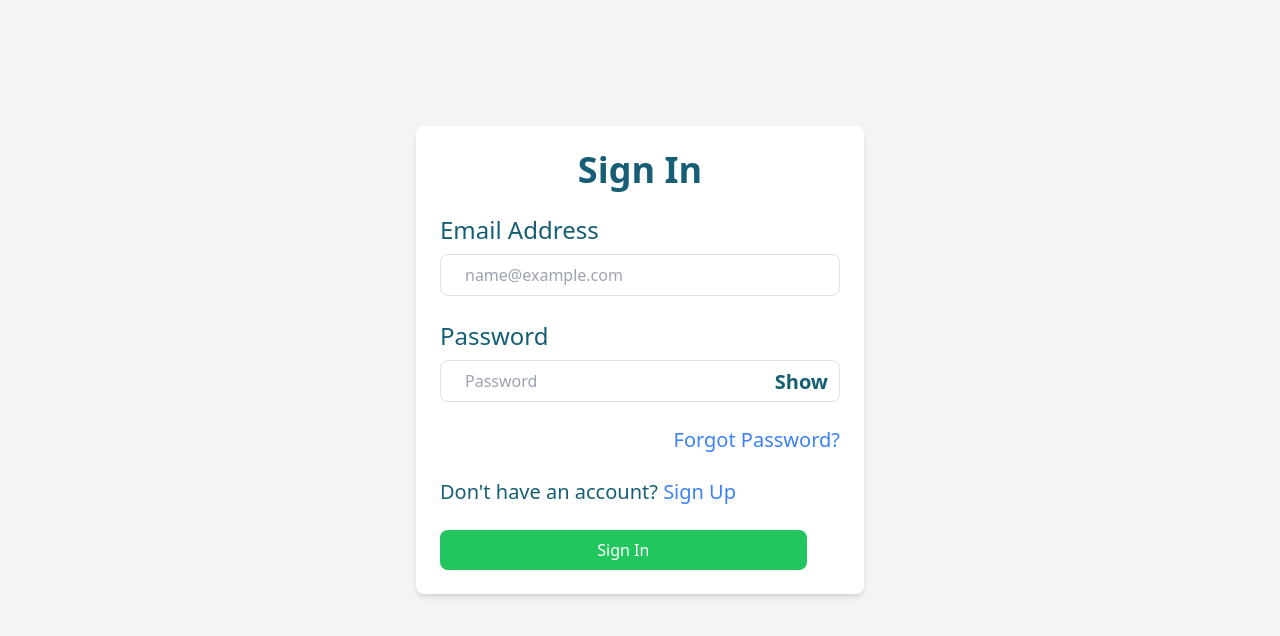
Repository: sayyad-mukthumsa-123/Movie-Verse
Page: /login (app in frontend/)
The author's editor kept a copy of each file at every save. The page is drawn from the files as they stood at one save, then again after the next save.
The browser window is 1280 px wide. The pictures show the whole page.
The page's requests for data from a server got no answer. The project was rebuilt for these pictures with package versions that can differ from the ones it lists, and the page was loaded fresh each time. No one was signed in, and anything a server would have sent is missing. Also part of the build but not shown: frontend/src/pages/Home.jsx, frontend/src/components/Navbar.jsx, frontend/src/components/Cards.jsx, frontend/src/pages/Home_Login.jsx, frontend/src/components/AvatarSelection.jsx, frontend/src/pages/Register.jsx, frontend/src/pages/MovieDetail.jsx, frontend/src/components/SearchBar.jsx and 13 more.

Above is the page before, as saved 2025-01-23 21:29:14.

### frontend/public/index.html
<!DOCTYPE html>
<html lang="en">

<head>
  <meta charset="utf-8" />
  <link rel="icon" href="%PUBLIC_URL%/favicon.ico" />
  <meta name="viewport" content="width=device-width, initial-scale=1" />
  <meta name="theme-color" content="#000000" />
  <meta name="description" content="Web site created using create-react-app" />
  <link rel="apple-touch-icon" href="%PUBLIC_URL%/logo192.png" />
  <!--
      manifest.json provides metadata used when your web app is installed on a
      user's mobile device or desktop. See https://developers.google.com/web/fundamentals/web-app-manifest/
    -->
  <link rel="manifest" href="%PUBLIC_URL%/manifest.json" />
  <link rel="stylesheet" href="https://cdn.jsdelivr.net/npm/bootstrap@5.3.2/dist/css/bootstrap.min.css"
    integrity="sha384-T3c6CoIi6uLrA9TneNEoa7RxnatzjcDSCmG1MXxSR1GAsXEV/Dwwykc2MPK8M2HN" crossorigin="anonymous" />
  <!--
      Notice the use of %PUBLIC_URL% in the tags above.
      It will be replaced with the URL of the `public` folder during the build.
      Only files inside the `public` folder can be referenced from the HTML.

      Unlike "/favicon.ico" or "favicon.ico", "%PUBLIC_URL%/favicon.ico" will
      work correctly both with client-side routing and a non-root public URL.
      Learn how to configure a non-root public URL by running `npm run build`.
    -->
  <title>MovieVerse</title>
</head>

<body>
  <noscript>You need to enable JavaScript to run this app.</noscript>
  <div id="root"></div>
  <!--
      This HTML file is a template.
      If you open it directly in the browser, you will see an empty page.

      You can add webfonts, meta tags, or analytics to this file.
      The build step will place the bundled scripts into the <body> tag.

      To begin the development, run `npm start` or `yarn start`.
      To create a production bundle, use `npm run build` or `yarn build`.
    -->
</body>

</html>

### frontend/src/index.css
/* body {
  margin: 0;
  font-family: -apple-system, BlinkMacSystemFont, 'Segoe UI', 'Roboto', 'Oxygen',
    'Ubuntu', 'Cantarell', 'Fira Sans', 'Droid Sans', 'Helvetica Neue',
    sans-serif;
  -webkit-font-smoothing: antialiased;
  -moz-osx-font-smoothing: grayscale;
}

code {
  font-family: source-code-pro, Menlo, Monaco, Consolas, 'Courier New',
    monospace;
} */


/* @tailwind base;
@tailwind components;
@tailwind utilities; */


/* @import "tailwindcss/base";
@import "tailwindcss/components";
@import "tailwindcss/utilities"; */


/* src/index.css */
@tailwind base;
@tailwind components;
@tailwind utilities;

### frontend/src/pages/Login.jsx
// // // import React, { useState } from 'react';
// // // import Button from 'react-bootstrap/Button';
// // // import { Link, useNavigate } from 'react-router-dom';
// // // import { ToastContainer, toast } from 'react-toastify';
// // // import 'react-toastify/dist/ReactToastify.css';
// // // import "../Styles/Login.css";

// // // const Login = () => {
// // //     const [email, setEmail] = useState('');
// // //     const [password, setPassword] = useState('');
// // //     const [passwordVisible, setPasswordVisible] = useState(false);
// // //     const navigate = useNavigate();

// // //     const togglePasswordVisibility = () => {
// // //         setPasswordVisible(!passwordVisible);
// // //     };

// // //     const handleSubmit = async (event) => {
// // //         event.preventDefault();

// // //         if (!email || !password) {
// // //             toast.error('Please fill in all fields.');
// // //             return;
// // //         }

// // //         if (!/\S+@\S+\.\S+/.test(email)) {
// // //             toast.error('Please provide a valid email.');
// // //             return;
// // //         }

// // //         try {
// // //             const response = await fetch('http://localhost:5000/login',
// // //             // const response = await fetch('https://movieverse-backend.onrender.com/login',
// // //                 {
// // //                 method: 'POST',
// // //                 headers: {
// // //                     'Content-Type': 'application/json',
// // //                 },
// // //                 body: JSON.stringify({ Email: email, Password: password }),
// // //             });

// // //             const data = await response.json();

// // //             if (response.ok) {
// // //                 console.log('Sign in successful:', data);
// // //                 localStorage.setItem('token', data.token); // Save token to local storage
// // //                 navigate('/home_login');
// // //                 toast.success('Sign in successful!');
// // //             } else {
// // //                 toast.error(data.msg || 'Invalid email or password.');
// // //             }
// // //         } catch (error) {
// // //             toast.error('An error occurred. Please try again later.');
// // //             console.error('Error:', error);
// // //         }
// // //     };

// // //     return (
// // //         <div className="container">
// // //             <div className="row">
// // //                 <div className="col-sm-9 col-md-7 col-lg-5 mx-auto">
// // //                     <div className="card border-0 shadow rounded-3 my-5">
// // //                         <div className="card-body p-4 p-sm-5">
// // //                             <h1 className="card-title text-center mb-5">Sign In</h1>
// // //                             <form onSubmit={handleSubmit}>
// // //                                 <div className="form-floating mb-3">
// // //                                     <input
// // //                                         type="email"
// // //                                         className="form-control"
// // //                                         id="floatingInput"
// // //                                         placeholder="name@example.com"
// // //                                         value={email}
// // //                                         onChange={(e) => setEmail(e.target.value)}
// // //                                     />
// // //                                     <label htmlFor="floatingInput">Email address</label>
// // //                                 </div>
// // //                                 <div className="form-floating mb-3 position-relative">
// // //                                     <input
// // //                                         type={passwordVisible ? "text" : "password"}
// // //                                         className="form-control"
// // //                                         id="floatingPassword"
// // //                                         placeholder="Password"
// // //                                         value={password}
// // //                                         onChange={(e) => setPassword(e.target.value)}
// // //                                     />
// // //                                     <label htmlFor="floatingPassword">Password</label>
// // //                                     <button
// // //                                         type="button"
// // //                                         className="btn position-absolute top-50 end-0 translate-middle-y"
// // //                                         onClick={togglePasswordVisibility}
// // //                                         style={{ padding: '0.375rem 0.75rem', border: 'none', cursor: 'pointer' }}
// // //                                     >
// // //                                         {passwordVisible ? 'Hide' : 'Show'}
// // //                                     </button>
// // //                                 </div>
// // //                                 <span>
// // //                                     Don't have an account?
// // //                                     <Link to="/register" className='link-signup'>
// // //                                         Sign Up
// // //                                     </Link>
// // //                                 </span>
// // //                                 <div className="d-grid">
// // //                                     <Button variant="outline-info" className='submit' type="submit">Sign In</Button>
// // //                                 </div>
// // //                             </form>
// // //                         </div>
// // //                     </div>
// // //                 </div>
// // //             </div>
// // //             <ToastContainer />
// // //         </div>
// // //     );
// // // };

// // // export default Login;



// // // //for route only after auth



// // import React, { useEffect, useState } from "react";
// // import Button from "react-bootstrap/Button";
// // import { Link, useNavigate } from "react-router-dom";
// // import { ToastContainer, toast } from "react-toastify";
// // import "react-toastify/dist/ReactToastify.css";
// // // import "../Styles/Login.css";

// // const Login = () => {
// //   const [email, setEmail] = useState('');
// //   const [password, setPassword] = useState('');
// //   const [passwordVisible, setPasswordVisible] = useState(false);
// //   const navigate = useNavigate();

// //   useEffect(() => {
// //     const token = localStorage.getItem("token");
// //     if (token) {
// //       navigate("/home_login"); // Redirect if already logged in
// //     }
// //   }, [navigate]);

// //   const togglePasswordVisibility = () => {
// //     setPasswordVisible(!passwordVisible);
// //   };

// //   // const handleSubmit = async (event) => {
// //   //   event.preventDefault();

// //   //   if (!email || !password) {
// //   //     toast.error('Please fill in all fields.');
// //   //     return;
// //   //   }

// //   //   if (!/\S+@\S+\.\S+/.test(email)) {
// //   //     toast.error('Please provide a valid email.');
// //   //     return;
// //   //   }

// //   //   try {
// //   //     const response = await fetch('http://localhost:5000/login', {
// //   //       method: 'POST',
// //   //       headers: {
// //   //         'Content-Type': 'application/json',
// //   //       },
// //   //       body: JSON.stringify({ Email: email, Password: password }),
// //   //     });

// //   //     const data = await response.json();

// //   //     if (response.ok) {
// //   //       console.log('Sign in successful:', data);
// //   //       localStorage.setItem('token', data.token); // Save token to local storage
// //   //       navigate('/home_login');
// //   //       toast.success('Sign in successful!');
// //   //     } else {
// //   //       toast.error(data.msg || 'Invalid email or password.');
// //   //     }
// //   //   } catch (error) {
// //   //     toast.error('An error occurred. Please try again later.');
// //   //     console.error('Error:', error);
// //   //   }
// //   // };


// //   ////profile-get
// //   const handleSubmit = async (event) => {
// //     event.preventDefault();

// //     if (!email || !password) {
// //       toast.error('Please fill in all fields.');
// //       return;
// //     }

// //     if (!/\S+@\S+\.\S+/.test(email)) {
// //       toast.error('Please provide a valid email.');
// //       return;
// //     }

// //     try {
// //       const response = await fetch('http://localhost:5000/login', {
// //         method: 'POST',
// //         headers: {
// //           'Content-Type': 'application/json',
// //         },
// //         body: JSON.stringify({ Email: email, Password: password }),
// //       });

// //       const data = await response.json();

// //       if (response.ok) {
// //         console.log('Sign in successful:', data);

// //         // Save token and email to localStorage
// //         localStorage.setItem('token', data.token);
// //         localStorage.setItem('email', email); // Save email to localStorage

// //         navigate('/home_login');
// //         toast.success('Sign in successful!');
// //       } else {
// //         toast.error(data.msg || 'Invalid email or password.');
// //       }
// //     } catch (error) {
// //       toast.error('An error occurred. Please try again later.');
// //       console.error('Error:', error);
// //     }
// //   };

// //   /////
// //   return (
// //     <div className="container">
// //       <div className="row">
// //         <div className="col-sm-9 col-md-7 col-lg-5 mx-auto">
// //           <div className="card border-0 shadow rounded-3 my-5">
// //             <div className="card-body p-4 p-sm-5">
// //               <h1 className="card-title text-center mb-5">Sign In</h1>
// //               <form onSubmit={handleSubmit}>
// //                 <div className="form-floating mb-3">
// //                   <input
// //                     type="email"
// //                     className="form-control"
// //                     id="floatingInput"
// //                     placeholder="name@example.com"
// //                     value={email}
// //                     onChange={(e) => setEmail(e.target.value)}
// //                   />
// //                   <label htmlFor="floatingInput">Email address</label>
// //                 </div>
// //                 <div className="form-floating mb-3 position-relative">
// //                   <input
// //                     type={passwordVisible ? "text" : "password"}
// //                     className="form-control"
// //                     id="floatingPassword"
// //                     placeholder="Password"
// //                     value={password}
// //                     onChange={(e) => setPassword(e.target.value)}
// //                   />
// //                   <label htmlFor="floatingPassword">Password</label>
// //                   <button
// //                     type="button"
// //                     className="btn position-absolute top-50 end-0 translate-middle-y"
// //                     onClick={togglePasswordVisibility}
// //                     style={{ padding: '0.375rem 0.75rem', border: 'none', cursor: 'pointer' }}
// //                   >
// //                     {passwordVisible ? 'Hide' : 'Show'}
// //                   </button>
// //                 </div>
// //                 <span>
// //                   Don't have an account?
// //                   <Link to="/register" className="link-signup">Sign Up</Link>
// //                 </span>
// //                 <div className="d-grid">
// //                   <Button variant="outline-info" className="submit" type="submit">Sign In</Button>
// //                 </div>
// //               </form>
// //             </div>
// //           </div>
// //         </div>
// //       </div>
// //       <ToastContainer />
// //     </div>
// //   );
// // };

// // export default Login;


// //css
// import React, { useEffect, useState } from "react";
// import { Link, useNavigate } from "react-router-dom";
// import { ToastContainer, toast } from "react-toastify";
// import "react-toastify/dist/ReactToastify.css";

// const Login = () => {
//   const [email, setEmail] = useState("");
//   const [password, setPassword] = useState("");
//   const [passwordVisible, setPasswordVisible] = useState(false);
//   const navigate = useNavigate();

//   useEffect(() => {
//     const token = localStorage.getItem("token");
//     if (token) {
//       navigate("/home_login"); // Redirect if already logged in
//     }
//   }, [navigate]);

//   const togglePasswordVisibility = () => {
//     setPasswordVisible(!passwordVisible);
//   };

//   const handleSubmit = async (event) => {
//     event.preventDefault();

//     if (!email || !password) {
//       toast.error("Please fill in all fields.");
//       return;
//     }

//     if (!/\S+@\S+\.\S+/.test(email)) {
//       toast.error("Please provide a valid email.");
//       return;
//     }

//     try {
//       const response = await fetch("http://localhost:5000/login", {
//         method: "POST",
//         headers: {
//           "Content-Type": "application/json",
//         },
//         body: JSON.stringify({ Email: email, Password: password }),
//       });

//       const data = await response.json();

//       if (response.ok) {
//         localStorage.setItem("token", data.token);
//         localStorage.setItem("email", email);
//         navigate("/home_login");
//         toast.success("Sign in successful!");
//       } else {
//         toast.error(data.msg || "Invalid email or password.");
//       }
//     } catch (error) {
//       toast.error("An error occurred. Please try again later.");
//       console.error("Error:", error);
//     }
//   };

//   return (
//     <div className="flex items-center justify-center min-h-screen bg-gray-100">
//       <div className="w-full max-w-md bg-white rounded-lg shadow-md p-6">
//         <h1 className="text-4xl font-bold text-cyan-800 text-center mb-6">Sign In</h1>
//         <form onSubmit={handleSubmit}>
//           <div className="mb-4">
//             <label htmlFor="email" className="block text-2xl mb-2 font-medium text-cyan-800">
//               Email Address
//             </label>
//             <input
//               type="email"
//               id="email"
//               className="w-full px-4 py-2 border rounded-lg focus:outline-none focus:ring focus:ring-cyan-800"
//               placeholder="name@example.com"
//               value={email}
//               onChange={(e) => setEmail(e.target.value)}
//             />
//           </div>
//           <div className="mb-4 relative">
//             <label htmlFor="password" className="block text-2xl mb-2 font-medium text-cyan-800">
//               Password
//             </label>
//             <input
//               type={passwordVisible ? "text" : "password"}
//               id="password"
//               className="w-full px-4 py-2 border rounded-lg focus:outline-none focus:ring focus:ring-cyan-800"
//               placeholder="Password"
//               value={password}
//               onChange={(e) => setPassword(e.target.value)}
//             />
//             <button
//               type="button"
//               className="absolute  top-11 right-3  text-xl text-cyan-800  focus:outline-none"
//               onClick={togglePasswordVisibility}
//             >
//               {passwordVisible ? "Hide" : "Show"}
//             </button>
//           </div>
//           <div className="text-sm text-right mb-4">
//             <button
//               type="button"
//               className="text-blue-500 hover:underline focus:outline-none"
//               onClick={() => navigate(`/reset-password/${email}`)}
//             >
//               Forgot Password?
//             </button>

//           </div>
//           <div className="text-sm mb-4">
//             Don't have an account?{" "}
//             <Link to="/register" className="text-blue-500 hover:underline">
//               Sign Up
//             </Link>
//           </div>
//           <button
//             type="submit"
//             className="w-full bg-blue-500 text-white py-2 px-4 rounded-lg hover:bg-blue-600 focus:outline-none focus:ring focus:ring-blue-300"
//           >
//             Sign In
//           </button>
//         </form>
//       </div>
//       <ToastContainer />
//     </div>
//   );
// };

// export default Login;


//forget-pwd
import React, { useEffect, useState } from "react";
import { Link, useNavigate } from "react-router-dom";
import { ToastContainer, toast } from "react-toastify";
import "react-toastify/dist/ReactToastify.css";

const Login = () => {
  const [email, setEmail] = useState("");
  const [password, setPassword] = useState("");
  const [passwordVisible, setPasswordVisible] = useState(false);
  const navigate = useNavigate();

  useEffect(() => {
    const token = localStorage.getItem("token");
    if (token) {
      navigate("/home_login"); // Redirect if already logged in
    }
  }, [navigate]);

  const togglePasswordVisibility = () => {
    setPasswordVisible(!passwordVisible);
  };

  const handleSubmit = async (event) => {
    event.preventDefault();

    if (!email || !password) {
      toast.error("Please fill in all fields.");
      return;
    }

    if (!/\S+@\S+\.\S+/.test(email)) {
      toast.error("Please provide a valid email.");
      return;
    }

    try {
      const response = await fetch("http://localhost:5000/login", {
        method: "POST",
        headers: {
          "Content-Type": "application/json",
        },
        body: JSON.stringify({ Email: email, Password: password }),
      });

      const data = await response.json();

      if (response.ok) {
        localStorage.setItem("token", data.token);
        localStorage.setItem("email", email);
        navigate("/home_login");
        toast.success("Sign in successful!");
      } else {
        toast.error(data.msg || "Invalid email or password.");
      }
    } catch (error) {
      toast.error("An error occurred. Please try again later.");
      console.error("Error:", error);
    }
  };

  const handleForgotPassword = () => {
    if (!email) {
      toast.error("Please enter your email to reset the password.");
      return;
    }
    navigate(`/reset-password/${email}`);
  };

  return (
    <div className="flex items-center justify-center min-h-screen bg-gray-100">
      <div className="w-full max-w-md bg-white rounded-lg shadow-md p-6">
        <h1 className="text-4xl font-bold text-cyan-800 text-center mb-6">Sign In</h1>
        <form onSubmit={handleSubmit}>
          <div className="mb-4">
            <label htmlFor="email" className="block text-2xl mb-2 font-medium text-cyan-800">
              Email Address
            </label>
            <input
              type="email"
              id="email"
              className="w-full px-4 py-2 border rounded-lg focus:outline-none focus:ring focus:ring-cyan-800"
              placeholder="name@example.com"
              value={email}
              onChange={(e) => setEmail(e.target.value)}
            />
          </div>
          <div className="mb-4 relative">
            <label htmlFor="password" className="block text-2xl mb-2 font-medium text-cyan-800">
              Password
            </label>
            <input
              type={passwordVisible ? "text" : "password"}
              id="password"
              className="w-full px-4 py-2 border rounded-lg focus:outline-none focus:ring focus:ring-cyan-800"
              placeholder="Password"
              value={password}
              onChange={(e) => setPassword(e.target.value)}
            />
            <button
              type="button"
              className="absolute top-12 right-3 text-xl font-semibold text-cyan-800 focus:outline-none"
              onClick={togglePasswordVisibility}
            >
              {passwordVisible ? "Hide" : "Show"}
            </button>
          </div>
          <div className="text-sm text-right mb-4">
            <button
              type="button"
              className="text-blue-500 text-xl hover:underline focus:outline-none hover:scale-105 transition-transform"
              onClick={handleForgotPassword}
            >
              Forgot Password?
            </button>
          </div>
          <div className="text-xl mb-4 text-cyan-800">
            Don't have an account?{" "}
            <Link to="/register" className="text-blue-500 hover:underline">
              Sign Up
            </Link>
          </div>
          <button
            type="submit"
            className="w-11/12 bg-green-500 text-white py-2 px-4 rounded-lg hover:bg-blue-600 focus:outline-none focus:ring focus:ring-blue-300"
          >
            Sign In
          </button>
        </form>
      </div>
      <ToastContainer />
    </div>
  );
};

export default Login;


//forget pwd not working with alredy defined component
//create new forgot password component

### frontend/tailwind.config.js
module.exports = {
  content: [
    "./src/**/*.{js,jsx,ts,tsx}", // Include all source files in the frontend
  ],
  theme: {
    extend: {},
  },
  plugins: [],
};

Loaded but not shown: frontend/src/index.js (common file); frontend/src/reportWebVitals.js (common file); frontend/src/App.js (347 lines, source omitted)

After the next save:
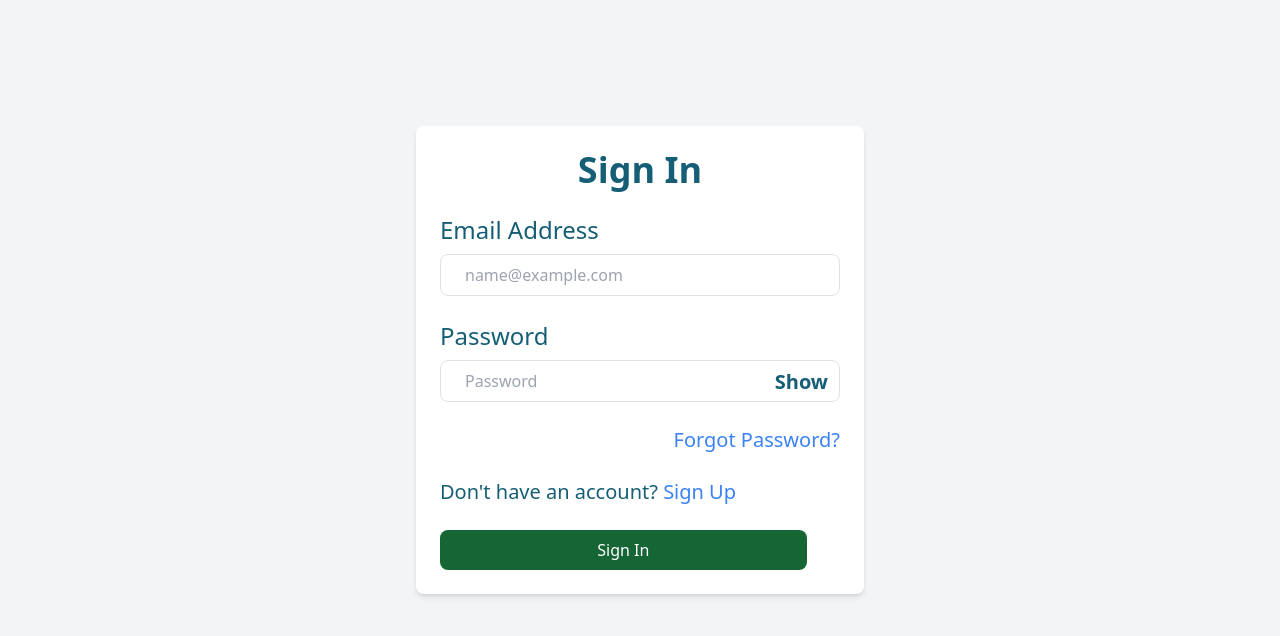
Saved 4 s later.
--- a/frontend/src/pages/Login.jsx
+++ b/frontend/src/pages/Login.jsx
@@ -540,7 +540,7 @@ const Login = () => {
           </div>
           <button
             type="submit"
-            className="w-11/12 bg-green-500 text-white py-2 px-4 rounded-lg hover:bg-blue-600 focus:outline-none focus:ring focus:ring-blue-300"
+            className="w-11/12 bg-green-800 text-white py-2 px-4 rounded-lg hover:bg-blue-600 focus:outline-none focus:ring focus:ring-blue-300"
           >
             Sign In
           </button>
